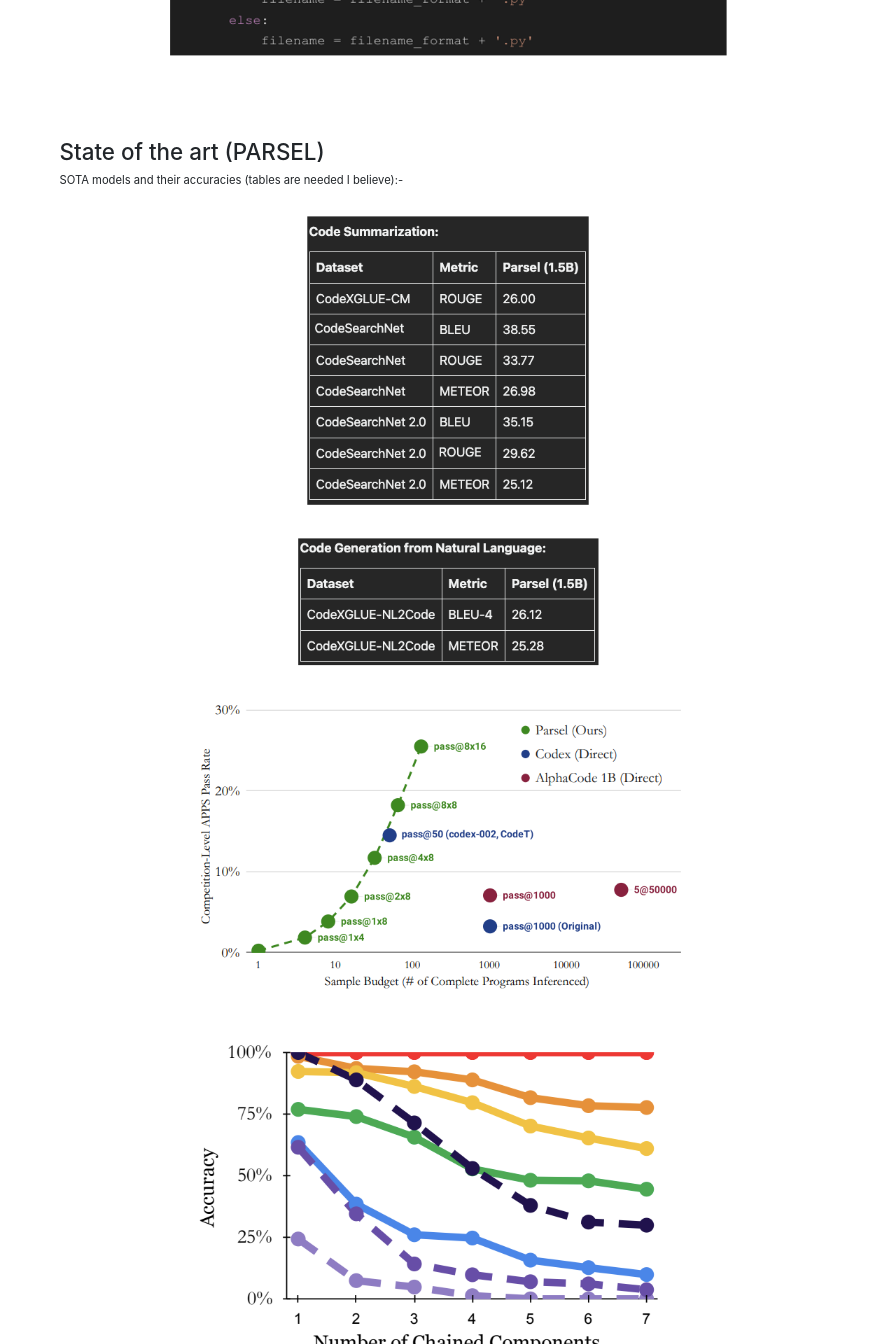
Repository: Shaalan-omar/ConcodePlus
Page: team-specific/index.html
The author's editor kept a copy of each file at every save. The page is drawn from the files as they stood at one save, then again after the next save.
The browser window is 1280 px wide. The pictures show the part of the page from y = 3203 to 5123 px (the page is 8404 px tall before and 8476 px after), at 70% of full size.

Above is the page before, as saved 2023-05-14 01:18:27.

### team-specific/index.html
<!DOCTYPE html>
<html lang="en">

<head>

  <meta charset="utf-8">
  <meta name="viewport" content="width=device-width, initial-scale=1, shrink-to-fit=no">
  <meta name="description" content="">
  <meta name="author" content="">

  <title>Code Generation / Documentation model based on CodeT5</title>

  <!-- Bootstrap core CSS -->
  <link href="../vendor/bootstrap/css/bootstrap.min.css" rel="stylesheet">

</head>

<body>

  <!-- Navigation -->
  <nav class="navbar navbar-expand-lg navbar-dark bg-dark static-top">
    <div class="container">
      <a class="navbar-brand" href="../home.html">Practical Machine Deep Learning</a>
      <button class="navbar-toggler" type="button" data-toggle="collapse" data-target="#navbarResponsive" aria-controls="navbarResponsive" aria-expanded="false" aria-label="Toggle navigation">
        <span class="navbar-toggler-icon"></span>
      </button>
      <div class="collapse navbar-collapse" id="navbarResponsive">
        <ul class="navbar-nav ml-auto">
          <li class="nav-item active">
            <a class="nav-link" href="../home.html">Home
              <span class="sr-only">(current)</span>
            </a>
          </li>
          <li class="nav-item">
            <a class="nav-link" href="../about.html">About</a>
          </li>
          <li class="nav-item">
            <a class="nav-link" href="../contact.html">Contact</a>
          </li>
        </ul>
      </div>
    </div>
  </nav>

  <!-- Page Content -->
  <div class="container">
    <div class="row">
      <div class="col-lg-12 text-center">
        <h1 class="mt-5">Code Generation / Documentation model based on CodeT5</h1>
        <ul class="list-unstyled">
          <li>Omar Shaalan 900193887</li>
          <li>Kyrollos Zakarya 900203309</li>
        </ul>
      </div>
    </div>


    <div class="row">
      <div class="col-lg-12 text-left">
        <h2 class="mt-5"></h2>
		<p>
			Code generation is a very important in our current daily life. However, the documentation of the code is beyond important too,
      we need the code that is generated to have a documentation generated with it in order to be able to generate a code that is understandable
      and increase the efficency (we increase the efficency of the code by providing commented code, so it will be easier to understand and reuse or extract the
       needed parts from it)
		</p>
      </div>
    </div>

    <div class="row">
      <div class="col-lg-12 text-left">
        <h2 class="mt-5">Dataset</h2>

        <p>
			Our initial plan was to work with the Cocode's task dataset (concode is the code generation task), this was initially our intution
      as our task, ConcodePlus(the commented code generation task), was going to generate the code that concode generated but with comments. However,
      in concode's dataset we only had the code and the Natural Language describing the code, but no dataset had the code itself with comments in the same coloumn,
      this of course limited our ways
      to train the model on genreating a documented code, as we had no clear dataset that had code, comments for that code, all we had was datasets having code and
      a natural language describing the code, as illustrated in the visualization of the Concode's dataset below.
    </p>
    <br/> <!-- Empty Line before the image -->
    <div class="img-container" align="center"> <!-- Block parent element -->
        <img src="resources/images/concode.png" class="img-fluid text-center">
    </div>
    <br/> <!-- Empty Line after the image -->
<p>
  Hence, we had to make a major change, that will allow us to have a dataset that contains a pair consisting of code and a prompt as usual describing
      the code, but in the code's column we added comments to the code itself in the same coloumn.
      This was our own dataset, and we called PyPlus, as this dataset works on Python codes only, and the plus part is because it is the first of its
      type to contain code with detailed comments of the code in the same column, or at least the first
      of its type as an open source dataset, as we have found NO other open source or closed source (but this is hard to make sure of as closed source
      are like a black box, you cannot see what is inside them) dataset in python storing data in that way.
</p>
<br/> <!-- Empty Line before the image -->
<div class="img-container" align="center"> <!-- Block parent element -->
    <img src="resources/images/dataset.png" class="img-fluid text-center">
</div>

      </div>
    </div>

    <div class="row">
      <div class="col-lg-12 text-left">
        <h2 class="mt-5">Input/Output Examples</h2>
   <br>
      </br>
        <h3>
			 Problem statement: -
        </h3>

		<br/> <!-- Empty Line before the image -->
	    <div class="img-container" align="center"> <!-- Block parent element -->
      		<img src="resources/images/Problem_Stat_1.png" class="img-fluid text-center">
    	</div>

    	<br/> <!-- Empty Line after the image -->

      <br/> <!-- Empty Line before the image -->
	    <div class="img-container" align="center"> <!-- Block parent element -->
      		<img src="resources/images/Problem_Stat_2.png" class="img-fluid text-center">
    	</div>


        <br>
      </br>
         <h3>
			 Our Own Output: -
        </h3>

      	    <div class="img-container" align="center"> <!-- Block parent element -->
      		<img src="resources/images/output_real.png" class="img-fluid text-center">
    	</div>
      <!-- <p class = "center">
        Feel the difference?
     </p> -->
     <br>
    </br>

    	<br/> <!-- Empty Line after the image -->
      </div>
    </div>


    <div class="row">
      <div class="col-lg-12 text-left">
        <h2 class="mt-5">State of the art (PARSEL)</h2>

        <p>
			SOTA models and their accuracies (tables are needed I believe):-
		</p>

	  <br/> <!-- Empty Line before the image -->
	    <div class="img-container" align="center"> <!-- Block parent element -->
      		<img src="resources/images/parsel_code_sum.png" class="img-fluid text-center">
    	</div>
    	<br/> <!-- Empty Line after the image -->

    <br/> <!-- Empty Line before the image -->
	    <div class="img-container" align="center"> <!-- Block parent element -->
      		<img src="resources/images/Parsel_code_gen.png" class="img-fluid text-center">
    	</div>
    	<br/> <!-- Empty Line after the image -->
		<br/> <!-- Empty Line before the image -->
	    <div class="img-container" align="center"> <!-- Block parent element -->
      		<img src="resources/images/parsel_1.png" class="img-fluid text-center">
    	</div>
    	<br/> <!-- Empty Line after the image -->

      <br/> <!-- Empty Line before the image -->
	    <div class="img-container" align="center"> <!-- Block parent element -->
      		<img src="resources/images/parsel_2.png" class="img-fluid text-center">
    	</div>
    	<br/> <!-- Empty Line after the image -->

      <br/> <!-- Empty Line before the image -->
	    <div class="img-container" align="center"> <!-- Block parent element -->
      		<img src="resources/images/parsel_3.png" class="img-fluid text-center">
    	</div>
    	<br/> <!-- Empty Line after the image -->
      </div>
    </div>

    <div class="row">
      <div class="col-lg-12 text-left">
        <h2 class="mt-5">Orignial Model from Literature LEFT LESA</h2>

        <p>
			Details about the model here, add your model images below
		</p>

		<br/> <!-- Empty Line before the image -->
	    <div class="img-container" align="center"> <!-- Block parent element -->
      		<img src="resources/images/model.png" class="img-fluid text-center">
    	</div>
    	<br/> <!-- Empty Line after the image -->
      </div>
    </div>

    <div class="row">
      <div class="col-lg-12 text-left">
        <h2 class="mt-5">Proposed Updates</h2>

        <p>
			Add all the model updates you made here, need as many images as you wish
		</p>

		<h5 class="mt-5">Update #1: Adding Reinforcement Learning</h5>
		<p>
			Give rewards when the generated documentation along with the code is correct and add negative rewards when the generation is not good.
		</p>
		<br/> <!-- Empty Line before the image -->
	    <div class="img-container" align="center"> <!-- Block parent element -->
      		<img src="resources/images/reinforcement.png" class="img-fluid text-center">
    	</div>
    	<br/> <!-- Empty Line after the image -->
      </div>
    </div>


    <div class="row">
      <div class="col-lg-12 text-left">
        <h2 class="mt-5">Results</h2>

        <p>
			LEFT lehad ma tet7asen Add your results here, add graphs and images to illustrate it.
			Compare your results to the original model and state of the art
		</p>

		<br/> <!-- Empty Line before the image -->
	    <div class="img-container" align="center"> <!-- Block parent element -->
      		<img src="resources/images/results.png" class="img-fluid text-center">
    	</div>
    	<br/> <!-- Empty Line after the image -->
      </div>
    </div>


    <div class="row">
      <div class="col-lg-12 text-left">
        <h2 class="mt-5">Technical report</h2>

        <p>
			LEft Here you will detail the details related to training, for example: Filled With KYRO
		</p>

	 	<ul>
		  <li>Programming framework</li>
		  <li>Training hardware i.e. colab or azure or anything else</li>
		  <li>Training time</li>
		  <li>Number of epochs</li>
		  <li>Time per epoch</li>
		  <li>Any other important detail or difficulties</li>
		</ul>
      </div>
    </div>

	<div class="row">
	  <div class="col-lg-12 text-left">
	    <h2 class="mt-5">Conclusion</h2>

	    <p>
			Conclusion and future work (including lessons learned and interesting findings
		</p>

	  </div>
	</div>

	<div class="row">
	  <div class="col-lg-12 text-left">
	    <h2 class="mt-5">References</h2>

	    <p>
	    	List all references here, the following are only examples
	    </p>

		<ol>
		  <li><a href="https://arxiv.org/pdf/2212.10561v2.pdf">Parsel Paper</a></li>
      li><a href="https://microsoft.github.io/CodeXGLUE/">Parsel Code Summarization Table</a></li>
      <li><a href="https://microsoft.github.io/CodeXGLUE/">Parsel Code Generation Table</a></li>
		  <li><a href="https://arxiv.org/pdf/2109.00859v1.pdf">CodeT5 PaperL</a></li>
		  <li><a href="http://www.google.com">Dataset Link LEFT need to upload it to github</a></li>
		</ol>
	  </div>
	</div>

  </div>



  <!-- Bootstrap core JavaScript -->
  <script src="../vendor/jquery/jquery.slim.min.js"></script>
  <script src="../vendor/bootstrap/js/bootstrap.bundle.min.js"></script>

</body>

</html>

Loaded but not shown: vendor/bootstrap/css/bootstrap.min.css (library); vendor/jquery/jquery.slim.min.js (library); vendor/bootstrap/js/bootstrap.bundle.min.js (library)

After the next save:
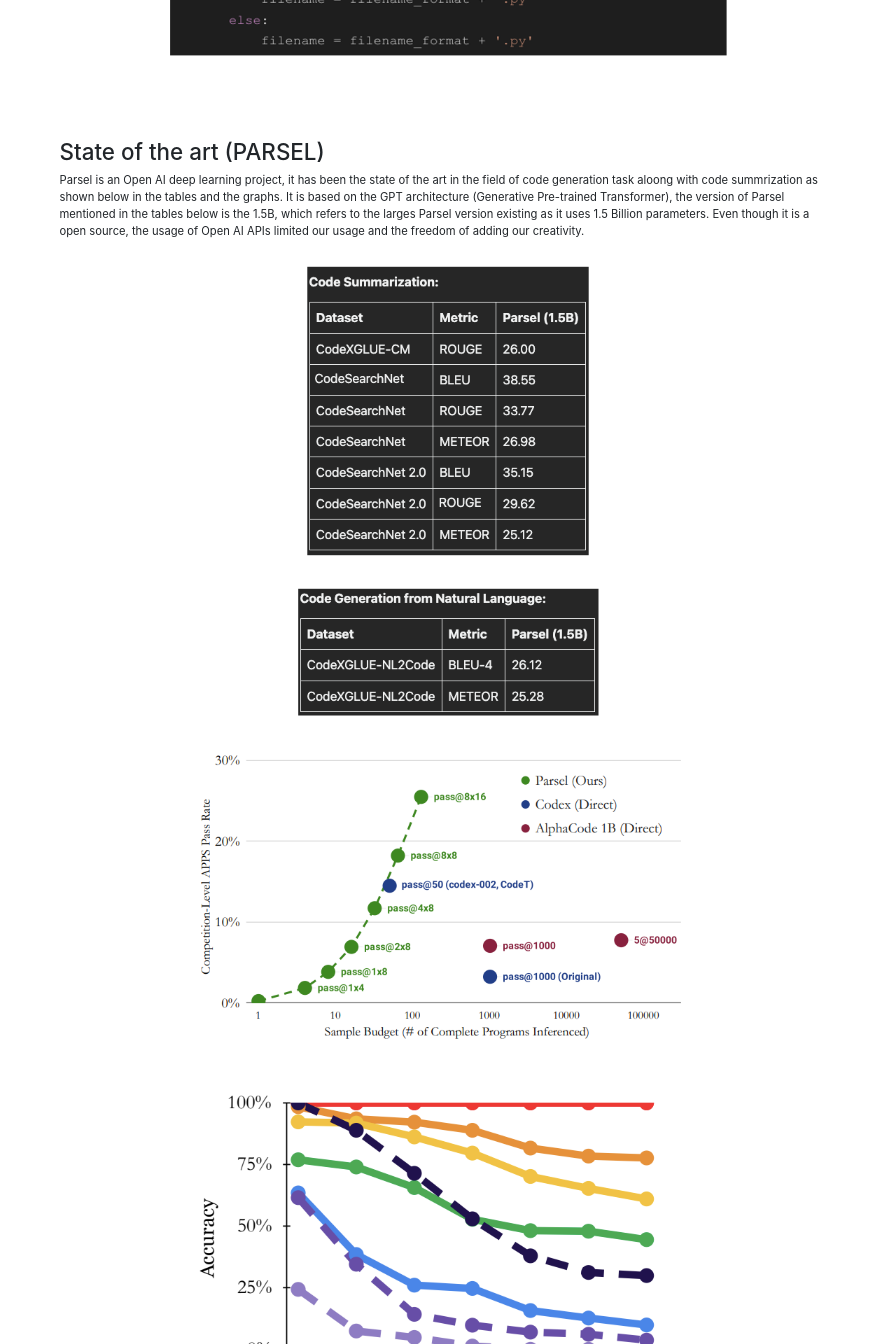
Saved 3 min 42 s later.
--- a/team-specific/index.html
+++ b/team-specific/index.html
@@ -147,7 +147,7 @@
         <h2 class="mt-5">State of the art (PARSEL)</h2>
 
         <p>
-			SOTA models and their accuracies (tables are needed I believe):-
+			Parsel is an Open AI deep learning project, it has been the state of the art in the field of code generation task aloong with code summrization as shown below in the tables and the graphs. It is based on the GPT architecture (Generative Pre-trained Transformer), the version of Parsel mentioned in the tables below is the 1.5B, which refers to the larges Parsel version existing as it uses 1.5 Billion parameters. Even though it is a open source, the usage of Open AI APIs limited our usage and the freedom of adding our creativity.
 		</p>
 
 	  <br/> <!-- Empty Line before the image -->
